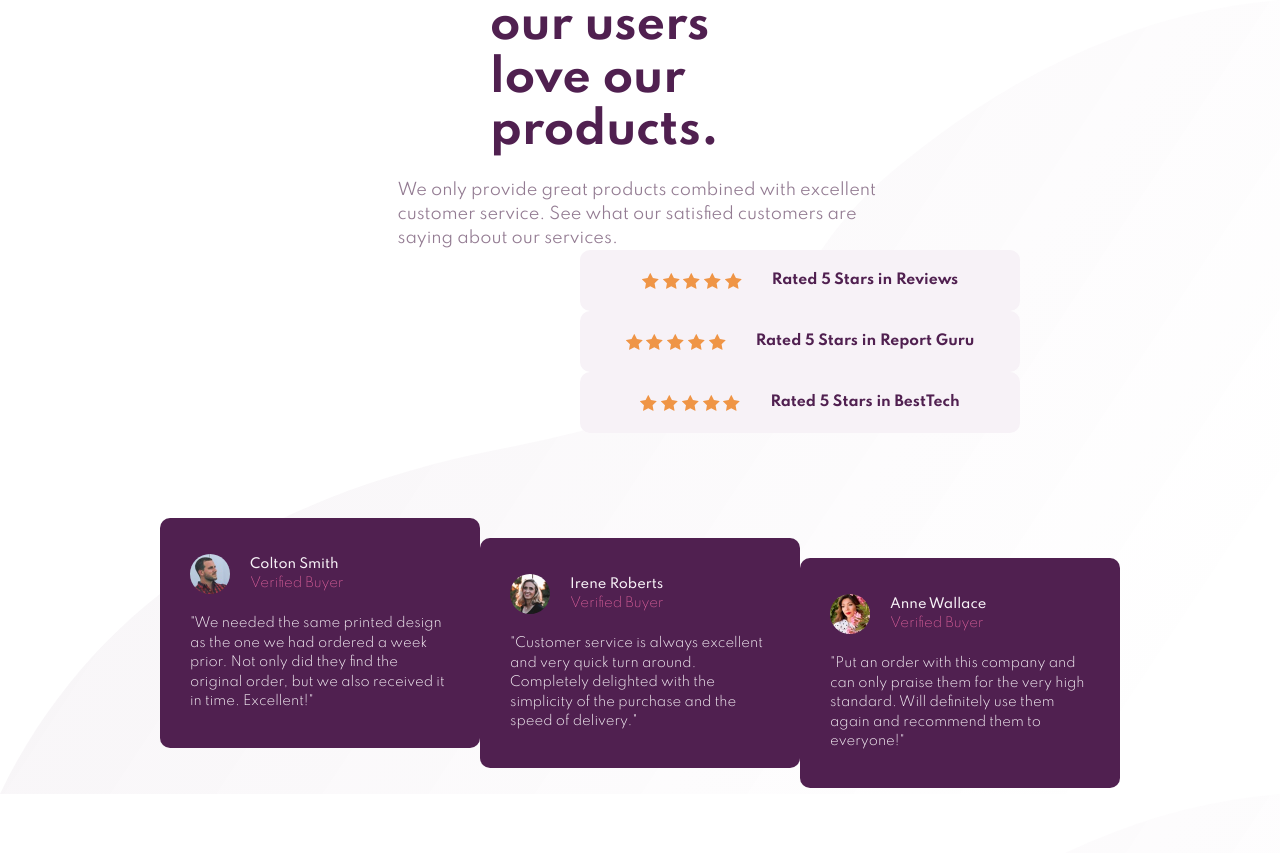
Repository: metehankasapp/social-proof-section-master
Page: index.html
The author's editor kept a copy of each file at every save. The page is drawn from the files as they stood at one save, then again after the next save.
The browser window is 1280 px wide. The pictures show the whole page.
Some web libraries are served in a nearby version.

Above is the page before, as saved 2021-12-05 09:27:02.

### index.html
<!DOCTYPE html>
<html lang="en">

<head>
  <meta charset="UTF-8" />
  <meta name="viewport" content="width=device-width, initial-scale=1.0" />

  <title>Frontend Mentor | Social proof section</title>
  <link rel="preconnect" href="https://fonts.googleapis.com" />
  <link rel="preconnect" href="https://fonts.gstatic.com" crossorigin />
  <link href="https://fonts.googleapis.com/css2?family=Spartan:wght@100;200;300;400;500;600;700;800;900&display=swap"
    rel="stylesheet" />
  <link href="https://cdn.jsdelivr.net/npm/bootstrap@5.1.3/dist/css/bootstrap.min.css" rel="stylesheet"
    integrity="sha384-1BmE4kWBq78iYhFldvKuhfTAU6auU8tT94WrHftjDbrCEXSU1oBoqyl2QvZ6jIW3" crossorigin="anonymous" />
  <link rel="stylesheet" href="style.css" />
</head>

<body>
  <div class="main-ctr">
    <div class="w-100 row p-0 header-ctr">
      <div class="col-12 col-lg-6 header-area">
        <div class="header-purple">
          <h5>10,000+ of our users love our products.</h5>
        </div>

        <p class="header-text">
          We only provide great products combined with excellent customer
          service. See what our satisfied customers are saying about our
          services.
        </p>
      </div>

      <div class="
            col-12 col-lg-6
            second-col
            d-flex
            justify-content-between
            align-items-center
            align-items-lg-baseline
            flex-column
          ">
        <div class="rate-container">
          <div class="stars">
            <img src="images/icon-star.svg" alt="" />
            <img src="images/icon-star.svg" alt="" />

            <img src="images/icon-star.svg" alt="" />
            <img src="images/icon-star.svg" alt="" />
            <img src="images/icon-star.svg" alt="" />
          </div>
          <p class="m-0">Rated 5 Stars in Reviews</p>
        </div>
        <div class="rate-container">
          <div class="stars">
            <img src="images/icon-star.svg" alt="" />
            <img src="images/icon-star.svg" alt="" />

            <img src="images/icon-star.svg" alt="" />
            <img src="images/icon-star.svg" alt="" />
            <img src="images/icon-star.svg" alt="" />
          </div>
          <p class="m-0">Rated 5 Stars in Report Guru</p>
        </div>
        <div class="rate-container">
          <div class="stars">
            <img src="images/icon-star.svg" alt="" />
            <img src="images/icon-star.svg" alt="" />

            <img src="images/icon-star.svg" alt="" />
            <img src="images/icon-star.svg" alt="" />
            <img src="images/icon-star.svg" alt="" />
          </div>
          <p class="m-0">Rated 5 Stars in BestTech</p>
        </div>
      </div>
    </div>

    <div class="
    cards
          w-100
          p-0
          d-flex
          flex-column flex-lg-row
          justify-content-between
          align-items-center
          align-items-lg-baseline
        " >
      <div class="card-ctr ">
        <div class="card-item" >
          <div class="card-headerr ">
            <div class="card-img">
              <img src="images/image-colton.jpg" alt="" />
            </div>
            <div class="card-text">
              <p class="card-fs">Colton Smith</p>
              <p class="card-job">Verified Buyer</p>
            </div>
          </div>
          <div class="card-second">
            <p>
              "We needed the same printed design as the one we had ordered a
              week prior. Not only did they find the original order, but we also
              received it in time. Excellent!"
            </p>
          </div>
        </div>
      </div>

      <div class="card-ctr" >
        <div class="card-item">
          <div class="card-headerr">
            <div class="card-img">
              <img src="images/image-irene.jpg" alt="" />
            </div>
            <div class="card-text">
              <p class="card-fs">Irene Roberts</p>
              <p class="card-job">Verified Buyer</p>
            </div>
          </div>
          <div class="card-second">
            <p>
              "Customer service is always excellent and very quick turn around.
              Completely delighted with the simplicity of the purchase and the
              speed of delivery."
            </p>
          </div>
        </div>
      </div>

      <div class="card-ctr" >
        <div class="card-item">
          <div class="card-headerr">
            <div class="card-img">
              <img src="images/image-anne.jpg" alt="" />
            </div>
            <div class="card-text">
              <p class="card-fs">Anne Wallace</p>
              <p class="card-job">Verified Buyer</p>
            </div>
          </div>
          <div class="card-second">
            <p>
              "Put an order with this company and can only praise them for the
              very high standard. Will definitely use them again and recommend
              them to everyone!"
            </p>
          </div>
        </div>
      </div>
    </div>
  </div>

  <script src="https://cdn.jsdelivr.net/npm/bootstrap@5.1.3/dist/js/bootstrap.bundle.min.js"
    integrity="sha384-ka7Sk0Gln4gmtz2MlQnikT1wXgYsOg+OMhuP+IlRH9sENBO0LRn5q+8nbTov4+1p" crossorigin="anonymous">
  </script>
  <script src="https://cdn.jsdelivr.net/npm/@popperjs/core@2.10.2/dist/umd/popper.min.js"
    integrity="sha384-7+zCNj/IqJ95wo16oMtfsKbZ9ccEh31eOz1HGyDuCQ6wgnyJNSYdrPa03rtR1zdB" crossorigin="anonymous">
  </script>
  <script src="https://cdn.jsdelivr.net/npm/bootstrap@5.1.3/dist/js/bootstrap.min.js"
    integrity="sha384-QJHtvGhmr9XOIpI6YVutG+2QOK9T+ZnN4kzFN1RtK3zEFEIsxhlmWl5/YESvpZ13" crossorigin="anonymous">
  </script>
</body>

</html>

### style.css
* {
  margin: 0;
  padding: 0;
  box-sizing: border-box;
}

html {
  font-size: 10px;
}

body {
  background-image: url("images/bg-pattern-bottom-desktop.svg");
  background-size: cover;
  height: auto;
  font-size: 1.6rem;
  font-family: "Spartan", sans-serif;
  padding: 8rem 3rem;
  display: flex;
  justify-content: center;
  align-items: center;
}

.main-ctr{
    width: 100%;
}
.header-ctr {
  margin-right: 0 !important;
  margin-left: 0 !important;
  display: flex;
  justify-content: center;
  align-items: center;
}

.header-area {
  width: 100%;
  display: flex;
  justify-content: center;
  flex-direction: column;
  align-items: center;
}
.header-purple h5 {
  width: 300px;
  font-weight: 700;
  font-size: 36px;
  text-align: center;
  color: hsl(300, 43%, 22%);
  margin-bottom: 2rem;
}

.header-text {
  font-size: 14px;
  text-align: center;
  color: hsl(303, 10%, 53%);
  margin-bottom: 2rem;
}

.rate-container {
  color: hsl(300, 43%, 22%);
  font-weight: 700;
  padding: 2rem 3rem;
  background-color: hsl(300, 24%, 96%);
  font-size: 14px;
  border-radius: 10px;

  width: 100%;
  height: auto;
  display: flex;
  justify-content: center;
  align-items: center;
  flex-direction: column;
  margin-bottom: 2rem;
}

.cards{
    margin-top: 4rem;
}

.stars {
  margin-bottom: 1rem;
}

.card-item {
  background-color: hsl(300, 43%, 22%);
  border-radius: 10px;
  padding: 3rem;
  max-width: 350px;
  height: 230px;
  display: flex;
  justify-content: center;
  align-items: baseline;
  flex-direction: column;
}

.card-ctr{
    margin-bottom: 2rem;
}

.card-headerr {
  display: flex;
  flex-direction: row;
  align-items: center;
  justify-content: baseline;
  margin-bottom: 2rem;
}

.card-img {
  display: inline-block;
  width: 40px !important;
}

.card-item img {
  width: 40px;
  border-radius: 50%;
}

.card-text {
  margin-left: 2rem;
  display: flex;
  flex-direction: column;
  justify-content: center;
  align-items: baseline;
}
.card-fs {
  color: hsl(300, 24%, 96%);
  font-size: 13px;
  margin-bottom: 0;
  font-weight: 500;
}

.card-job {
  color: hsl(300, 24%, 96%);
  font-size: 13px;
  margin-bottom: 0;
  font-weight: 200;
  color: hsl(333, 80%, 67%);
}

.card-second p {
  margin-bottom: 0;
  color: hsl(300, 24%, 96%);
  font-size: 13px;
  font-weight: 300;
}


@media screen and (min-width: 420px) {

    .rate-container {


      width: 350px;

    }
  }


@media screen and (min-width: 568px) {
  .header-area {
    width: 500px;
  }


}

@media screen and (min-width: 992px) {

    .cards{
        margin-top: 0rem;
    }

  body {
    background-image: url("images/bg-pattern-bottom-desktop.svg");
    background-size: cover;
    height: 100vh;
    font-size: 1.6rem;
    font-family: "Spartan", sans-serif;
    padding: 12rem 16rem;
    display: flex;
    justify-content: center;
    align-items: center;
  }

  .second-col {
    padding-left: 100px;
  }
  .header-ctr {
    margin-top: 8rem;
    margin-right: 0 !important;
    margin-left: 0 !important;
  }

  .header-area {
    width: 500px;
  }
  .header-purple h5 {
    font-weight: 700;
    font-size: 44px;
    color: hsl(300, 43%, 22%);
    margin-bottom: 2rem;
    text-align: start;
  }

  .header-text {

    margin-bottom: 0rem;
  text-align: start;
    font-size: 16px;
    color: hsl(303, 10%, 53%);
  }

  .rate-container {

  margin-bottom: 0rem;
    color: hsl(300, 43%, 22%);
    font-weight: 700;
    padding: 2rem 3rem;
    background-color: hsl(300, 24%, 96%);
    font-size: 14px;
    border-radius: 10px;
    width: 440px;
    display: flex;
    justify-content: baseline;
    align-items: baseline;
    flex-direction: row;
  }

  .rate-container:nth-child(2) {
    margin-left: 4rem;
  }
  .rate-container:nth-child(3) {
    margin-left: 8rem;
  }

  .stars {
    margin-right: 3rem;
    margin-bottom: 0;
  }

  .card-item {
    background-color: hsl(300, 43%, 22%);
    border-radius: 10px;
    padding: 3rem;
    max-width: 350px;
    height: 230px;
    display: flex;
    justify-content: center;
    align-items: baseline;
    flex-direction: column;
  }

  .card-ctr {
    height: 400px;
    display: flex;
    justify-content: center;
    align-items: center;
  }

  .card-ctr:nth-child(1) {
    align-self: baseline;
  }

  .card-ctr:nth-child(2) {
    align-self: center;
    padding-top: 4rem;
  }

  .card-ctr:nth-child(3) {
    align-self: flex-end;

    padding-top: 8rem;
  }

  .card-headerr {
    display: flex;
    flex-direction: row;
    align-items: center;
    justify-content: baseline;
    margin-bottom: 2rem;
  }

  .card-img {
    display: inline-block;
    width: 40px !important;
  }

  .card-item img {
    width: 40px;
    border-radius: 50%;
  }

  .card-text {
    margin-left: 2rem;
    display: flex;
    flex-direction: column;
    justify-content: center;
    align-items: baseline;
  }
  .card-fs {
    color: hsl(300, 24%, 96%);
    font-size: 13px;
    margin-bottom: 0;
    font-weight: 500;
  }

  .card-job {
    color: hsl(300, 24%, 96%);
    font-size: 13px;
    margin-bottom: 0;
    font-weight: 200;
    color: hsl(333, 80%, 67%);
  }

  .card-second p {
    margin-bottom: 0;
    color: hsl(300, 24%, 96%);
    font-size: 13px;
    font-weight: 300;
  }
}

After the next save:
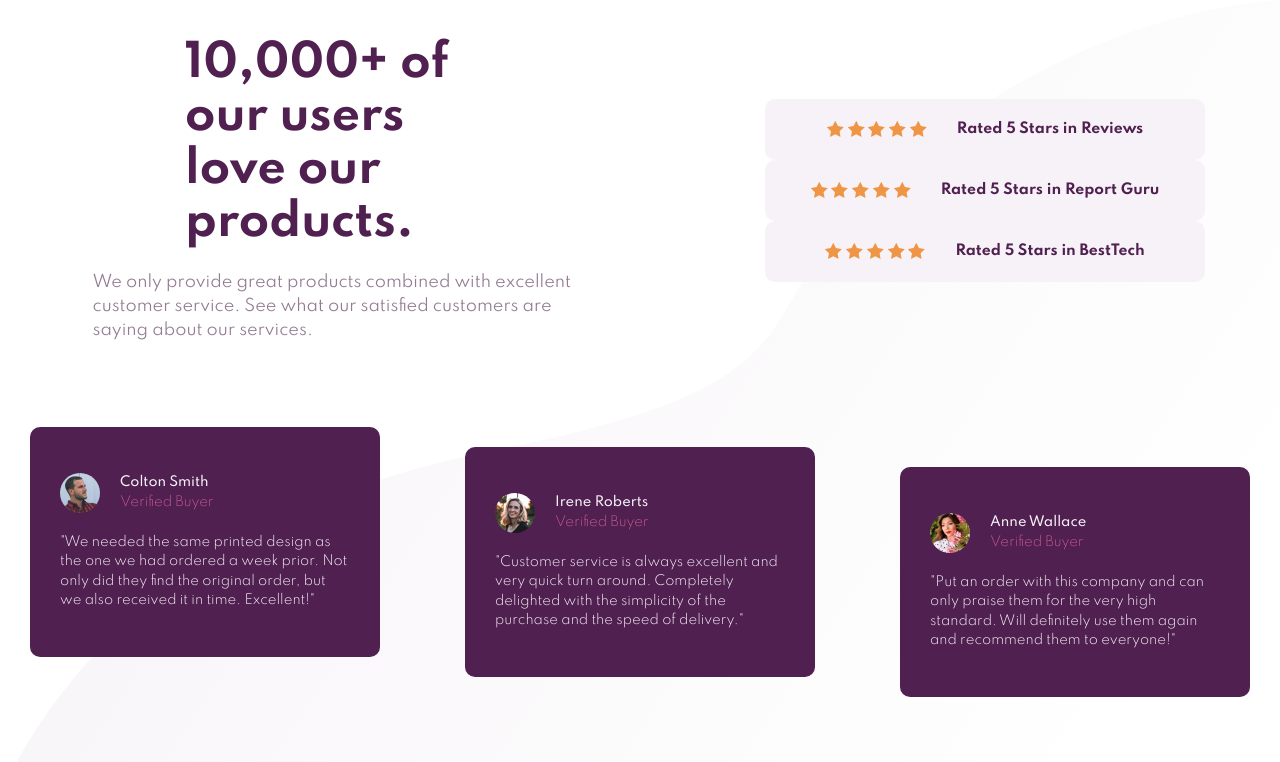
Saved 11 s later.
--- a/style.css
+++ b/style.css
@@ -174,7 +174,6 @@ body {
     height: 100vh;
     font-size: 1.6rem;
     font-family: "Spartan", sans-serif;
-    padding: 12rem 16rem;
     display: flex;
     justify-content: center;
     align-items: center;
